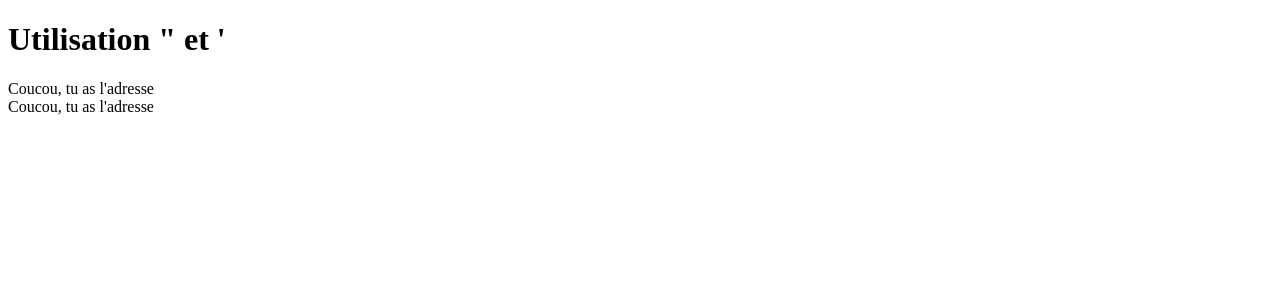
Repository: QuentinFayt/base-php-2021
Page: http://localhost/protection_string.php
The author's editor kept a copy of each file at every save. The page is drawn from the files as they stood at one save, then again after the next save.
The browser window is 1280 px wide. The pictures show the whole page.
The page is run by PHP 8.4 with error messages shown; the project is at /var/www/html/.

Above is the page before, as saved 2021-07-05 15:34:55.

### protection_string.php
<!DOCTYPE html>
<html lang="en">
<head>
    <meta charset="UTF-8">
    <meta http-equiv="X-UA-Compatible" content="IE=edge">
    <meta name="viewport" content="width=device-width, initial-scale=1.0">
    <title>Utilisation " et '</title>
</head>
<body>
    <h1>Utilisation " et '</h1>
    <p><?php

        echo "Coucou, tu as l'adresse <br/>";
        echo 'Coucou, tu as l\'adresse <br/>';

    ?></p>
</body>
</html>

After the next save:
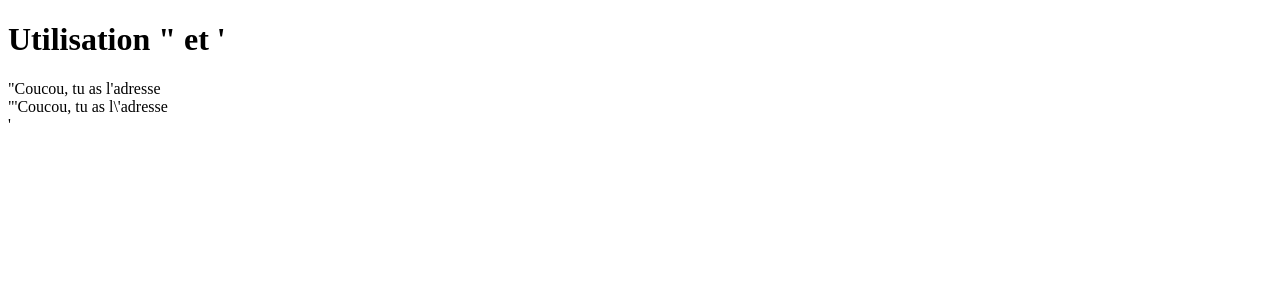
Saved 97 s later.
--- a/protection_string.php
+++ b/protection_string.php
@@ -10,8 +10,8 @@
     <h1>Utilisation " et '</h1>
     <p><?php
 
-        echo "Coucou, tu as l'adresse <br/>";
-        echo 'Coucou, tu as l\'adresse <br/>';
+        echo "\"Coucou, tu as l'adresse <br/>\"";
+        echo "'Coucou, tu as l\'adresse <br/>'";
 
     ?></p>
 </body>
